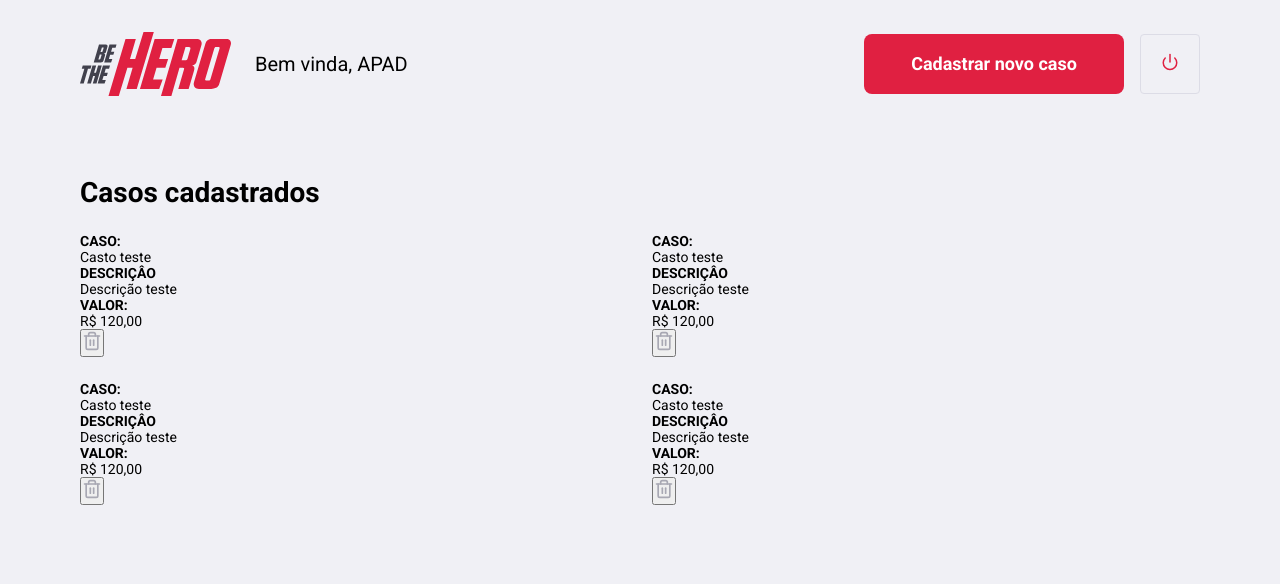
Repository: pedroevangelista/be-the-hero
Page: /profile (app in frontend/)
An editor plug-in stored every save of this project. The page is shown before and after the next save, followed by the edit.
The browser window is 1280 px wide. The pictures show the whole page.
The project was rebuilt for these pictures with package versions that can differ from the ones it lists, and the page was loaded fresh each time. Also part of the build but not shown: frontend/src/pages/Logon/styles.css, frontend/src/pages/Logon/index.js, frontend/src/pages/Register/styles.css, frontend/src/pages/Register/index.js.

Above is the page before, as saved 2020-03-25 19:05:41.

After the next save:
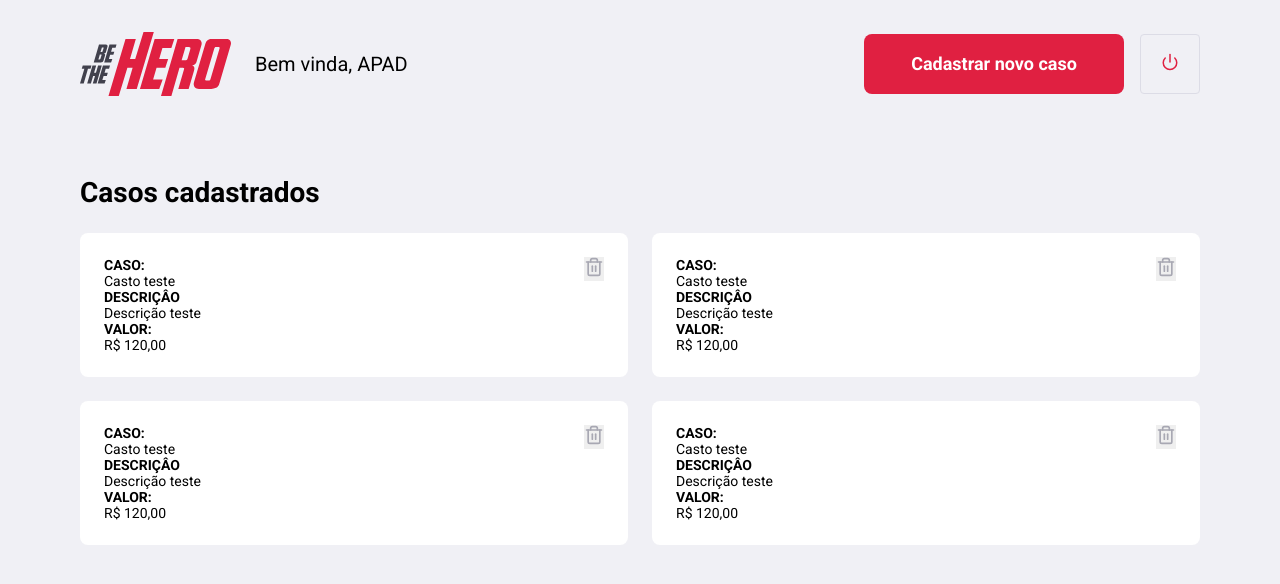
Saved 2 min 14 s later.
--- a/frontend/src/pages/Profile/styles.css
+++ b/frontend/src/pages/Profile/styles.css
@@ -50,3 +50,21 @@
     grid-gap: 24px;
     list-style: none;
 }
+
+.profile-container ul li {
+    background: #fff;
+    padding: 24px;
+    border-radius: 8px;
+    position: relative;
+}
+
+.profile-container ul li button {
+    position: absolute;
+    right: 24px;
+    top: 24px;
+    border: 0;
+}
+
+.profile-container ul li button:hover {
+    opacity: 0.8;
+}
